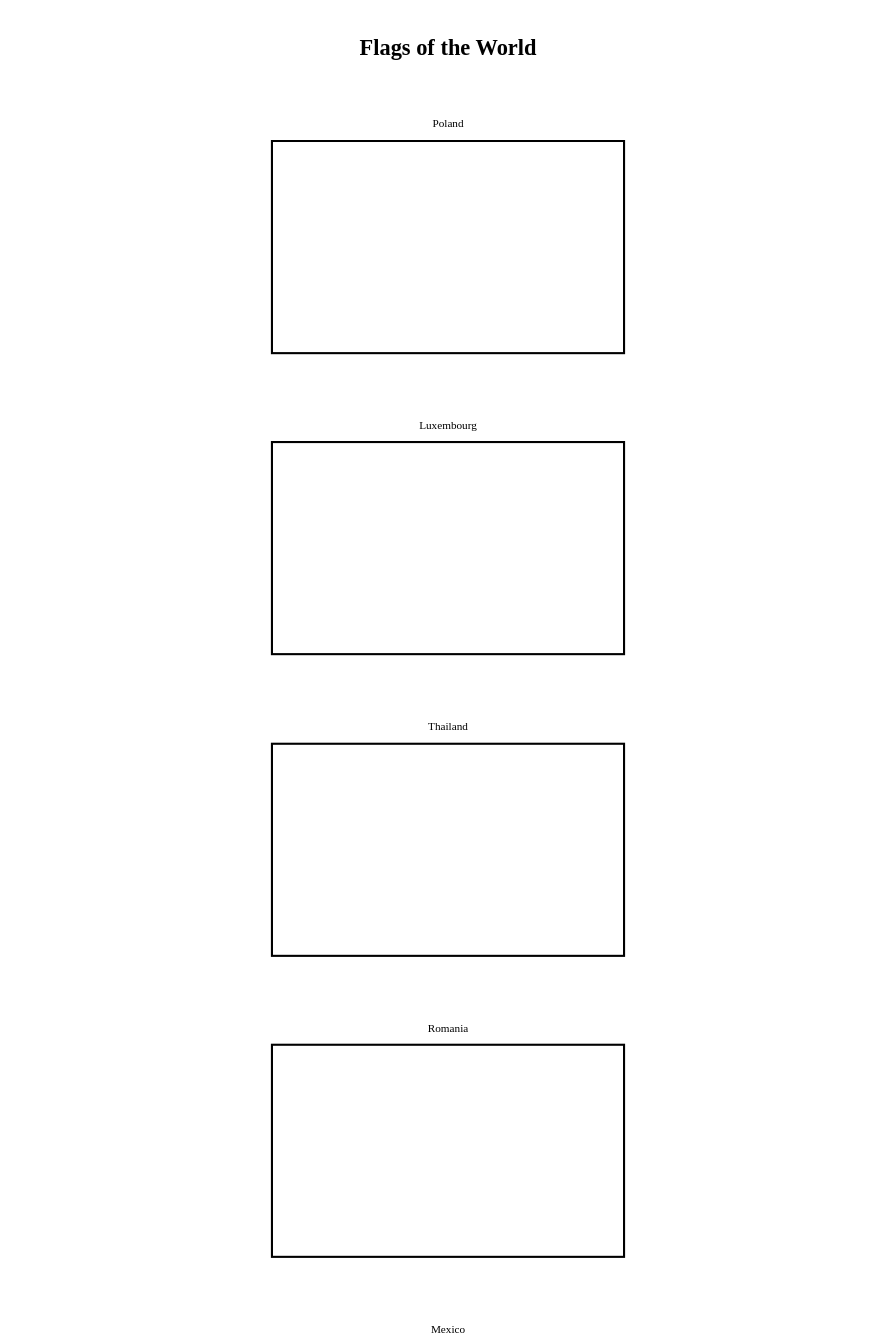
Repository: fullstack-decal-fa22/hw2-jiachenofsun
Page: index.html
An editor plug-in stored every save of this project. The page is shown before and after the next save, followed by the edit.
The browser window is 1280 px wide. The pictures show the part of the page from y = 0 to 1920 px (the page is 5389 px tall), at 70% of full size.

Above is the page before, as saved 2022-09-25 15:17:10.

### index.html
<!DOCTYPE html>
<head>
  <head>
    <link rel="stylesheet" href="styles.css">
  </head>

  <h1 id="intro">Flags of the World</h1>

  <br>

  <!--
    Some flags already have some CSS elements added in
    You are expected to finish the rest.
  -->

  <div class="flags">
    <h2 class="label">Poland</h2>
    <div class="flag">
      <div class="white twovert"></div>
      <div class="red twovert"></div>
    </div>

    <h2 class="label">Luxembourg</h2>
    <div class="flag">
      <div class="red threevert"></div>
      <div class="red threevert" id="white"></div>
      <div class="light-blue threevert"></div>
    </div>

    <h2 class="label">Thailand</h2>
    <div class="flag">
      <div class="thailand-red"></div>
      <div class="thailand-white"></div>
      <div class="thailand-blue"></div>
      <div class="thailand-white"></div>
      <div class="thailand-red"></div>
    </div>

    <h2 class="label">Romania</h2>
    <div class="flag" style="">
      <!-- insert flag here -->
    </div>

    <h2 class="label">Mexico</h2>
    <div class="flag">
      <!-- insert flag here -->
    </div>

    <h2>Margin</h2>
    <div class="margin-container">
      <div class="flag"></div>
      <div class="flag"></div>
    </div>

    <h2>Padding</h2>
    <div class="flag black">
      <div class="flag padding-container"></div>
    </div>

    <h3>Challenge (These are optional)</h3>

    <h2>Greece</h2>
    <div class="flag">
      <!-- insert flag here -->
    </div>

    <h2>South Africa</h2>
    <div class="flag">
      <!-- insert flag here -->
    </div>

    <h2>Seychelis</h2>
    <div class="flag">
      <!-- insert flag here -->
    </div>

    <h2>North Macedonia</h2>
    <div class="flag">
      <!-- insert flag here -->
    </div>

    <h2>Finland</h2>
    <div class="flag">
      <!-- insert flag here -->
    </div>
  </div>

### styles.css
/* BEGIN SETUP (you will not need to use these) */
#intro {
  color: rgb(0, 0, 0);
  text-align: center;
  margin: 50px;
}

.flags {
  display: flex;
  flex-direction: column;
  align-items: center;
}

h2 {
  font-size: medium;
  font-weight: 200;
}

/* END SETUP */

/* Classes that you might find useful */
/* You may also have to implement your own classes */

.flag {
  height: 300px;
  width: 500px;
  border-style: solid;
  margin-bottom: 5rem;
}

.twovert {
  height: 50%;
}

.threevert {
  height: 33%;
}

.threehoriz {
  width: 33.3%;
}

.narrow {
  height: 17.5%;
}

.wide {
  height: 30%;
}

.circle {
  border-radius: 50%;
  height: 200px;
  width: 200px;
  position: relative;
  left: 85px;
  top: 50px;
}

/* Colors */

/* QUESTION 1 */

.orange {
  background-color: orange;
}

.yellow {
  background-color: yellow;
}

.green {
  background-color: green;
}

.blue {
  background-color: blue;
}

.lightblue {
  background-color: lightblue;
}

.purple {
  background-color: purple;
}

.white {
  background-color: #fff;
}

.black {
  background-color: #000;
}

/* BEGIN QUESTION 2 */

.thailand-red {
  /* TODO */
}

.thailand-white {
  /* TODO */
}

.thailand-blue {
  /* TODO */
}

/* END QUESTION 2 */

/* BEGIN QUESTION 3 */

.romania-blue {
  background-color: #002c84;
}

.romania-yellow {
  background-color: #ffcf00;
}

.romania-red {
  background-color: #e10017;
}

/* END QUESTION 3 */

/* QUESTION 4 */
.mexico-green {
  background-color: #006341;
}

.mexico-img {
  /* TODO */
}

.mexico-red {
  background-color: #ce1126;
}

/* QUESTION 6 */
.margin-container {
  height: 300px;
  width: 1030px;
  border-style: solid;
  margin-bottom: 5rem;
  display: flex;
  justify-content: center;
}

/* For margin practice */
.flag1 {
  background-color: red;
  /* TODO */
}

.flag2 {
  background-color: blue;
  /* TODO */
}

/* For padding practice */
.padding-container {
  box-sizing: border-box;
  background-color: lightblue;
  background-clip: content-box, padding-box;
  /* TODO */
}

After the next save:
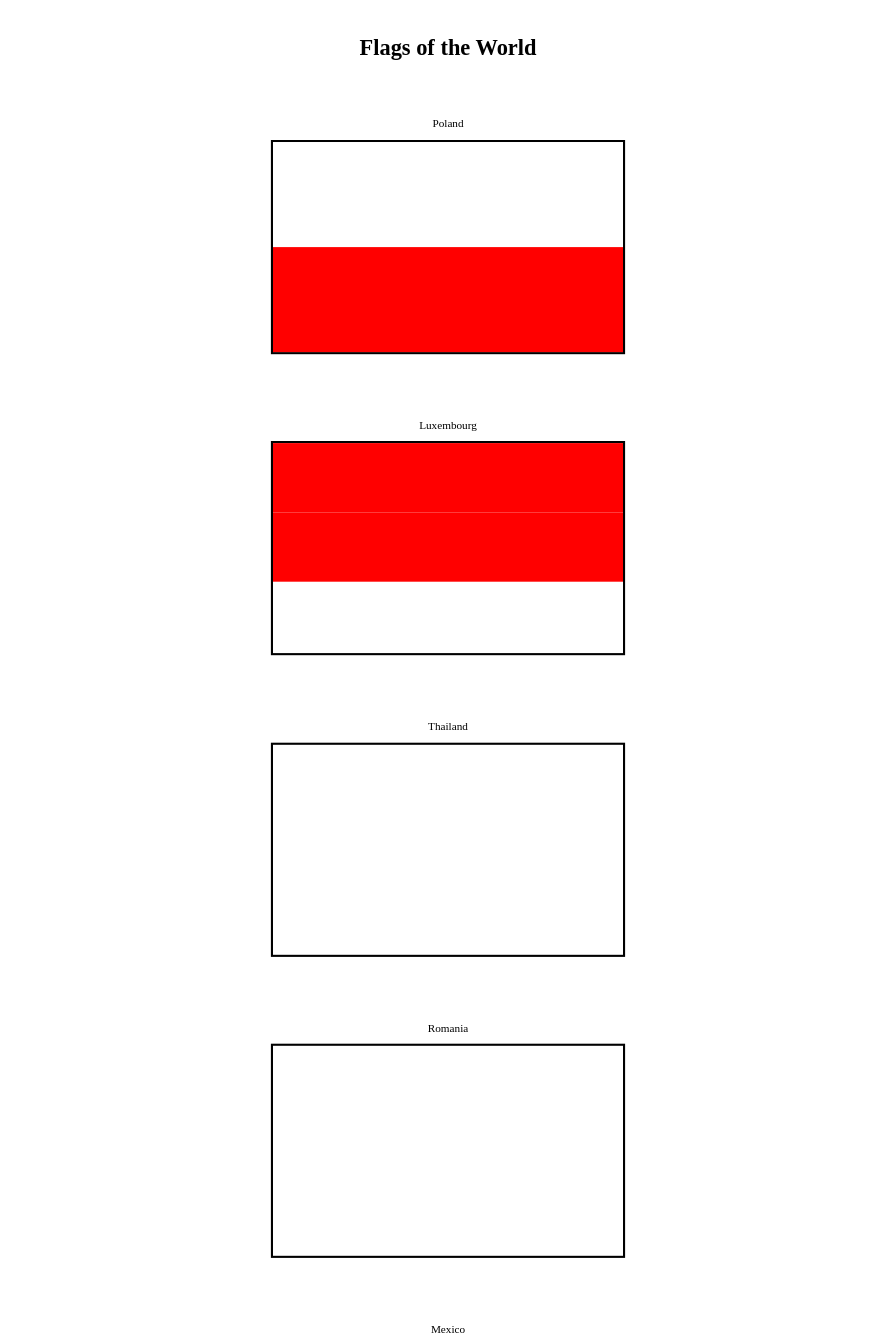
Saved 61 s later.
--- a/styles.css
+++ b/styles.css
@@ -93,6 +93,14 @@
   background-color: #000;
 }
 
+.white {
+  background-color: white;
+}
+
+.red {
+  background-color: red;
+}
+
 /* BEGIN QUESTION 2 */
 
 .thailand-red {
